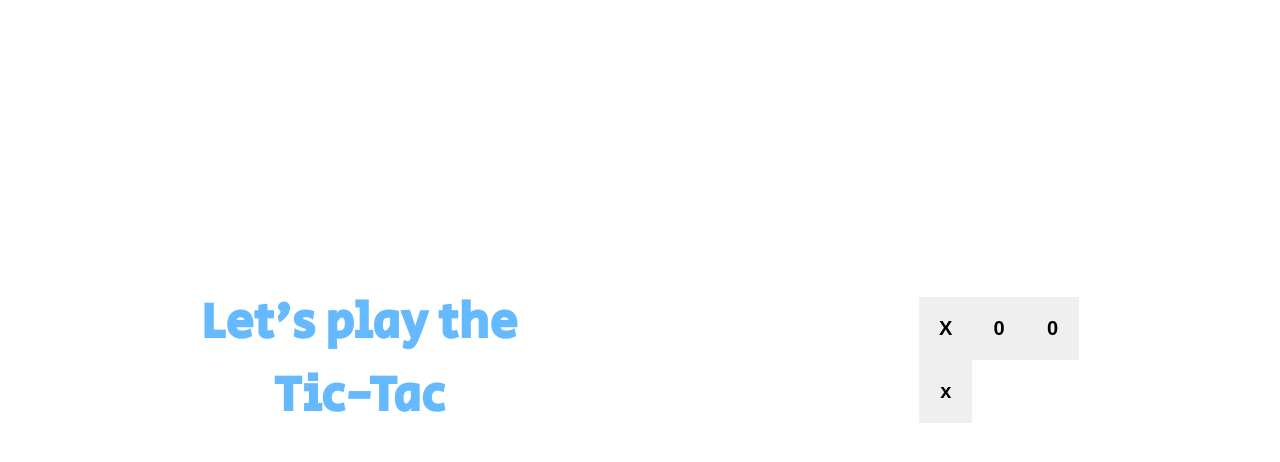
Repository: evergreenx/tic-tac
Page: /
The author's editor kept a copy of each file at every save. The page is drawn from the files as they stood at one save, then again after a run of saves.
The browser window is 1280 px wide. The pictures show the whole page.
The project was rebuilt for these pictures with package versions that can differ from the ones it lists, and the page was loaded fresh each time.

Above is the page before, as saved 2022-04-20 16:52:13.

### src/index.css
@import url('https://fonts.googleapis.com/css2?family=Anton&family=Secular+One&display=swap');



*{
    margin: 0;
    padding: 0;
    box-sizing: border-box;
}

body {

font-family: 'Secular One', sans-serif
}

.App {
  display: flex;
  flex-direction: row;
  align-items: center;
  justify-content: space-around;
  height: 100vh;
}
.heading {
  color:#008cff9a;
  font-size:50px;

}

@media (max-width: 768px) {
  .App {
    flex-direction: column;
  }
}

### src/App.js
import logo from "./logo.svg";
import "./App.css";
import Board from "./components/Board/Index";

function App() {
  return (
    <div className="App">
      <h1 className="heading">
        Let's play the <br /> Tic-Tac
      </h1>

      <Board />
    </div>
  );
}

export default App;

### src/components/Board/Index.js
import React from "react";
import "./Board.scss";

function index() {
  return (
    <div className="board">
      <button>X</button>

      <button>0</button>

      <button>0</button>

      <button>x</button>
    </div>
  );
}

export default index;

### src/components/Board/Board.scss


.board {


    display: grid;
    grid-template-columns: 1fr 1fr 1fr;


    button {
        font-size:20px ; font-weight: 800;
        padding:20px;
        border:none ;
        cursor: pointer;

    }
}

Loaded but not shown: public/index.html (common file); src/index.js (common file); src/reportWebVitals.js (common file); src/App.css (common file)

After the next 2 saves:
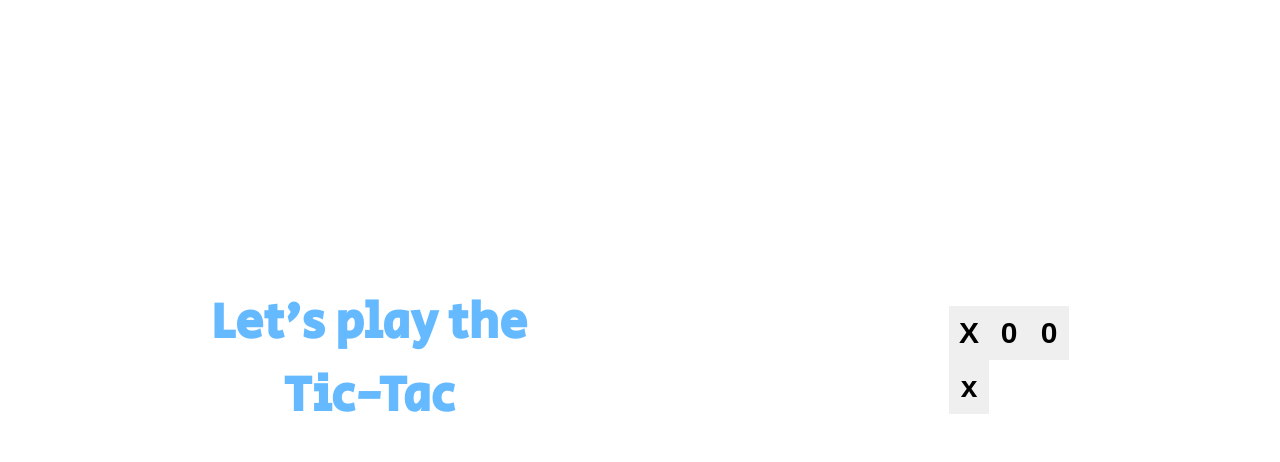
The 2 saves are shown as one change because they came seconds apart.
The last was saved 7 s later.
--- a/src/components/Board/Board.scss
+++ b/src/components/Board/Board.scss
@@ -8,8 +8,8 @@
 
 
     button {
-        font-size:20px ; font-weight: 800;
-        padding:20px;
+        font-size:30px ; font-weight: 800;
+        padding:10px;
         border:none ;
         cursor: pointer;
 
